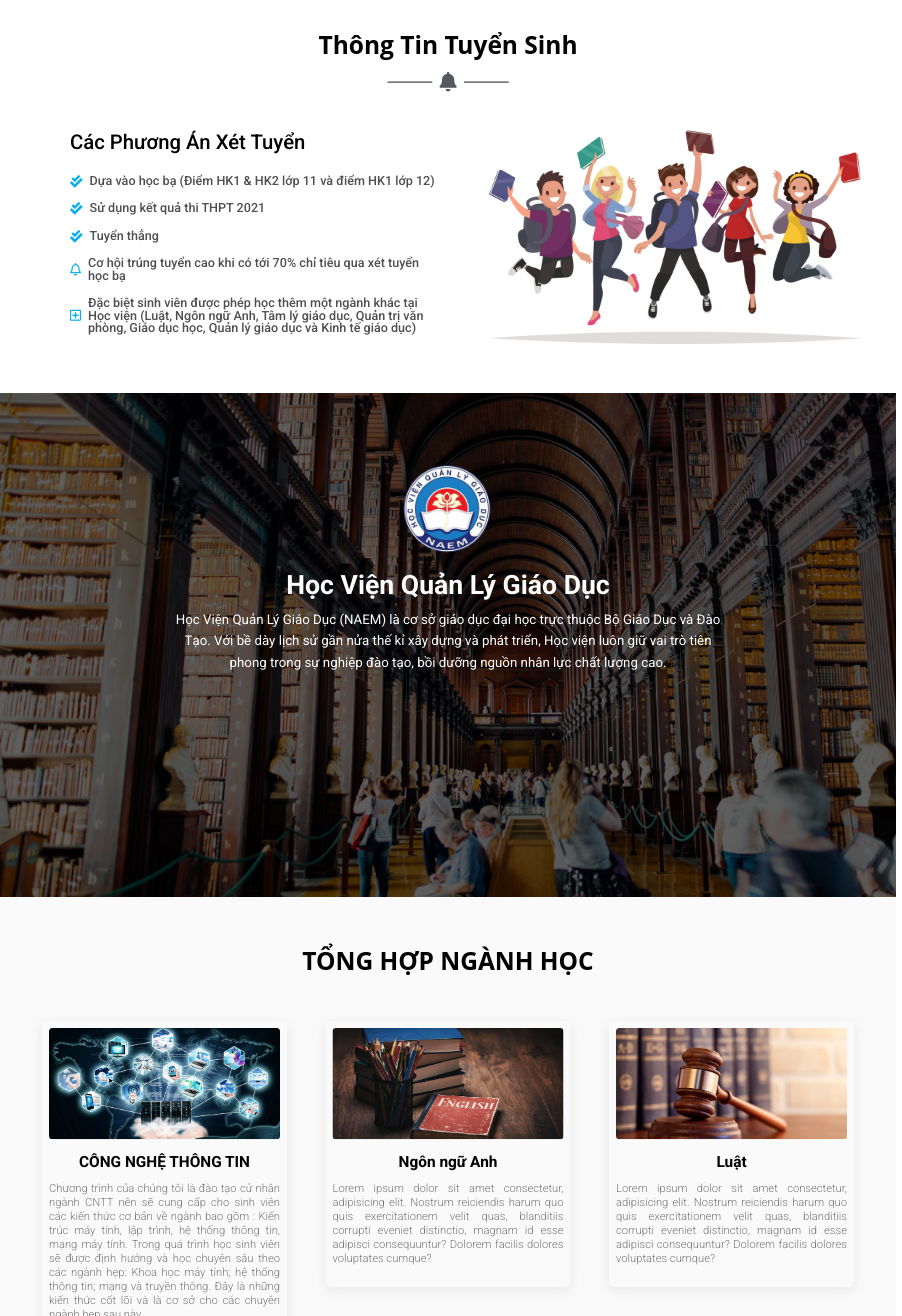
Repository: hongphuck1/trangweb1
Page: index.html
The author's editor kept a copy of each file at every save. The page is drawn from the files as they stood at one save, then again after the next save.
The browser window is 1280 px wide. The page is 1288 px wide, so the pictures cover 1288 px, including what lies to the right of the window. The pictures show the part of the page from y = 698 to 2578 px (the page is 4941 px tall), at 70% of full size.

Above is the page before, as saved 2021-09-07 10:33:05.

### index.html
<!DOCTYPE html>
<html lang="en">

<head>
  <meta charset="UTF-8" />
  <meta name="viewport" content="width=device-width, initial-scale=1, shrink-to-fit=no" />
  <meta http-equiv="x-ua-compatible" content="ie=edge" />
  <title>Material Design for Bootstrap</title>
  <!-- MDB icon -->
  <link rel="icon" href="img/SSS1.png" type="image/x-icon" />
  <!-- Font Awesome -->
  <link rel="stylesheet" href="https://use.fontawesome.com/releases/v5.15.2/css/all.css" />
  <!-- Google Fonts Roboto -->
  <link rel="stylesheet" href="https://fonts.googleapis.com/css2?family=Roboto:wght@300;400;500;700;900&display=swap" />
  <!-- MDB -->
  <link rel="stylesheet" href="css/style.css" />
  <link rel="stylesheet" href="css/base.css" />
  <link rel="stylesheet" href="css/grid.css" />
  <link rel="stylesheet" href="css/mdb.min.css" />
</head>

<body>
  <!-- Start your project here-->
  <div class="main">
    <!--Main Navigation-->
    <header>


      <!-- Navbar -->
      <nav class="navbar--opacity navbar navbar-expand-lg navbar-light fixed-top mask-custom shadow-0">
        <div class="container">

          <a class="navbar-brand nav-link" target="_blank" href="https://mdbootstrap.com/docs/standard/">
            <strong style="font-size: 2.2rem;">MRC</strong>
          </a>
          <button class="navbar-toggler navbar-toggler--opacity" type="button" data-mdb-toggle="collapse"
            data-mdb-target="#navbarSupportedContent" aria-controls="navbarSupportedContent" aria-expanded="false"
            aria-label="Toggle navigation">
            <i style="color: #ccc" class="fas fa-bars"></i>
          </button>
          <div class="collapse navbar-collapse" id="navbarSupportedContent">
            <ul class="navbar-nav me-auto mb-2 mb-lg-0">
              <li class="nav-item active">
                <a class="nav-link" aria-current="page" href="#intro">Giới thiệu</a>
              </li>
              <li class="nav-item">
                <a class="nav-link" href="https://www.facebook.com/MRC.NAEM" rel="nofollow" target="_blank">Hỏi đáp</a>
              </li>
              <li class="nav-item">
                <a class="nav-link" href="https://www.facebook.com/MRC.NAEM" target="_blank">Bài viết</a>
              </li>
              <li class="nav-item">
                <a class="nav-link" href="https://www.facebook.com/messages/t/101815085369835" target="_blank">Liên
                  hệ</a>
              </li>
            </ul>
            <ul class="navbar-nav list-inline">
              <!-- Icons -->
              <li class="">
                <a class="nav-link" href="https://www.youtube.com/channel/UCjl0s7v8m8V4IzuAS1fH-iA" rel="nofollow"
                  target="_blank">
                  <i class="fab fa-youtube"></i>
                </a>
              </li>
              <li class="">
                <a class="nav-link" href="https://www.facebook.com/MRC.NAEM" rel="nofollow" target="_blank">
                  <i class="fab fa-facebook-f"></i>
                </a>
              </li>
              <li class="nav-item">
                <a class="nav-link" href="https://www.tiktok.com/@mrcnaem" rel="nofollow" target="_blank">
                  <i class="fab fa-tiktok"></i>
                </a>
              </li>
              <li class="nav-item">
                <a class="nav-link" href="tel: 0349167687" rel="nofollow" target="_blank">
                  <i class="fas fa-envelope"></i>
                </a>
              </li>
            </ul>
          </div>
        </div>
      </nav>

      <!-- Carousel wrapper -->
      <div id="introCarousel" class="carousel slide carousel-fade shadow-2-strong" data-mdb-ride="carousel">
        <!-- Indicators -->
        <ol class="carousel-indicators">
          <li data-mdb-target="#introCarousel" data-mdb-slide-to="0" class="active"></li>
          <li data-mdb-target="#introCarousel" data-mdb-slide-to="1"></li>
          <li data-mdb-target="#introCarousel" data-mdb-slide-to="2"></li>
        </ol>

        <!-- Inner -->
        <div class="carousel-inner">
          <!-- Single item -->
          <div class="carousel-item active">
            <div class="mask" style="background-color: rgba(0, 0, 0, 0.6);">
              <div class="d-flex justify-content-center align-items-center h-100">
                <div class="text-white text-center">
                  <h1 style="font-size: 2.4rem;" class="mb-3">CLB TUYỂN SINH VÀ TRUYỀN THÔNG - MRC NAEM</h1>
                  <h5 style="font-size: 1.2rem;" class="mb-4">Hỗ trợ tư vấn - hướng nghiệp, trả lời những thắc mắc cho
                    học sinh và phụ huynh.</h5>

                  <a style="font-size: 1.8rem; " class="btn-DANGKI btn btn-outline-light btn-lg m-2"
                    href="https://www.facebook.com/MRC.NAEM" target="_blank" role="button">Đăng kí ngay</a>
                </div>
              </div>
            </div>
          </div>

          <!-- Single item -->
          <div class="carousel-item">
            <div class="mask" style="background-color: rgba(0, 0, 0, 0.3);">
              <div class="d-flex justify-content-center align-items-center h-100">
                <div class="text-white text-center">
                  <h1 style="font-size: 2.4rem;" class="mb-3">CLB TUYỂN SINH VÀ TRUYỀN THÔNG - MRC NAEM</h1>
                  <h5 style="font-size: 1.2rem;" class="mb-4">Hỗ trợ tư vấn - hướng nghiệp, trả lời những thắc mắc cho
                    học sinh và phụ huynh.</h5>

                  <a style="font-size: 1.8rem; " class="btn-DANGKI btn btn-outline-light btn-lg m-2"
                    href="https://www.facebook.com/MRC.NAEM" target="_blank" role="button">Đăng kí ngay</a>
                </div>
              </div>
            </div>
          </div>

          <!-- Single item -->
          <div class="carousel-item">
            <div class="mask" style="
                background: linear-gradient(
                  45deg,
                  rgba(29, 236, 197, 0.7),
                  rgba(91, 14, 214, 0.7) 100%
                );
              ">
              <div class="d-flex justify-content-center align-items-center h-100">
                <div class="text-white text-center">
                  <h1 style="font-size: 2.4rem;" class="mb-3">CLB TUYỂN SINH VÀ TRUYỀN THÔNG - MRC NAEM</h1>
                  <h5 style="font-size: 1.2rem;" class="mb-4">Hỗ trợ tư vấn - hướng nghiệp, trả lời những thắc mắc cho
                    học sinh và phụ huynh.</h5>

                  <a style="font-size: 1.8rem; " class="btn-DANGKI btn btn-outline-light btn-lg m-2"
                    href="https://www.facebook.com/MRC.NAEM" target="_blank" role="button">Đăng kí ngay</a>
                </div>
              </div>
            </div>
          </div>
        </div>
        <!-- Inner -->

        <!-- Controls -->
        <a class="carousel-control-prev" href="#introCarousel" role="button" data-mdb-slide="prev">
          <span class="carousel-control-prev-icon" aria-hidden="true"></span>
          <span class="sr-only">Previous</span>
        </a>
        <a class="carousel-control-next" href="#introCarousel" role="button" data-mdb-slide="next">
          <span class="carousel-control-next-icon" aria-hidden="true"></span>
          <span class="sr-only">Next</span>
        </a>
      </div>
      <!-- Carousel wrapper -->
    </header>


    <section>
      <div class="container-body">
        <div class="container-body-name">
          <h1>Thông Tin Tuyển Sinh</h1>
          <div class="container-body-name__icon">
            <i class="fas fa-bell"></i>
          </div>
        </div>

        <div class="row">
          <div class="col l-6">
            <div class="container-body-content">
              <h2 class="container-body-content__name">Các Phương Án Xét Tuyển</h2>
              <div class="container-body-content-attention">
                <i class="fas fa-check-double"></i>
                <h4>Dựa vào học bạ (Điểm HK1 & HK2 lớp 11 và điểm HK1 lớp 12)</h4>
              </div>
              <div class="container-body-content-attention">
                <i class="fas fa-check-double"></i>
                <h4>Sử dụng kết quả thi THPT 2021</h4>
              </div>
              <div class="container-body-content-attention">
                <i class="fas fa-check-double"></i>

                <h4>Tuyển thẳng</h4>
              </div>
              <div class="container-body-content-attention">
                <i class="far fa-bell"></i>
                <h4>Cơ hội trúng tuyển cao khi có tới 70% chỉ tiêu qua xét tuyển học bạ</h4>
              </div>
              <div class="container-body-content-attention">
                <i class="far fa-plus-square"></i>
                <h4>Đặc biệt sinh viên được phép học thêm một ngành khác tại Học viện (Luật, Ngôn ngữ Anh, Tâm lý giáo
                  dục, Quản trị văn phòng, Giáo dục học, Quản lý giáo dục và Kinh tế giáo dục)</h4>
              </div>
            </div>
          </div>
          <div class="col l-6">
            <div class="container-body-img">
              <img src="img/klipartz.com_-1024x586.png" alt="">
            </div>
          </div>
        </div>


      </div>

      <div class="container-body-review">
        <div class="grid wide">
          <div class="row">
            <div class="col l-12">
              <img src="img/1-1.png" alt="">
              <div class="container-body-review__name">
                Học Viện Quản Lý Giáo Dục
              </div>
              <div class="container-body-review__title">
                Học Viện Quản Lý Giáo Dục (NAEM) là cơ sở giáo dục đại học trực thuộc Bộ Giáo Dục và Đào Tạo. Với bề dày
                lịch sử gần nửa thế kỉ xây dựng và phát triển, Học viện luôn giữ vai trò tiên phong trong sự nghiệp đào
                tạo, bồi dưỡng nguồn nhân lực chất lượng cao.
              </div>
            </div>
          </div>
        </div>
      </div>

      <div class="container-body-subjects">
        <h1>TỔNG HỢP NGÀNH HỌC</h1>

        <div class="grid wide">
          <div class="row">
            <div class="col l-4">
              <div class="container-body-subject">
                <img src="img/congnghethongtin.png" alt="">
                <h2>CÔNG NGHỆ THÔNG TIN</h2>
                <h4>Chương trình của chúng tôi  là đào tạo cử nhân ngành CNTT nên sẽ cung cấp cho sinh viên các kiến thức cơ bản về ngành bao gồm : Kiến trúc máy tính, lập trình, hệ thống thông tin, mạng máy tính. Trong quá trình học sinh viên sẽ được định hướng và học chuyên sâu theo các ngành hẹp: Khoa học máy tính; hệ thống thông tin; mạng và truyền thông.
                  Đây là những kiến thức cốt lõi và là cơ sở cho các chuyên ngành hẹp sau này.</h4>
              </div>
            </div>
            <div class="col l-4">
              <div class="container-body-subject">
                <img src="img/ngonguanh.png" alt="">
                <h2>Ngôn ngữ Anh</h2>
                <h4>Lorem ipsum dolor sit amet consectetur, adipisicing elit. Nostrum reiciendis harum quo quis
                  exercitationem velit quas, blanditiis corrupti eveniet distinctio, magnam id esse adipisci
                  consequuntur? Dolorem facilis dolores voluptates cumque?</h4>
              </div>
            </div>
            <div class="col l-4">
              <div class="container-body-subject">
                <img src="img/luat.png" alt="">
                <h2>Luật</h2>
                <h4>Lorem ipsum dolor sit amet consectetur, adipisicing elit. Nostrum reiciendis harum quo quis
                  exercitationem velit quas, blanditiis corrupti eveniet distinctio, magnam id esse adipisci
                  consequuntur? Dolorem facilis dolores voluptates cumque?</h4>
              </div>
            </div>

          </div>
          <div class="row">
            <div class="col l-4">
              <div class="container-body-subject">
                <img src="img/quantrivanphong.png" alt="">
                <h2>Quản trị văn phòng</h2>
                <h4>Lorem ipsum dolor sit amet consectetur, adipisicing elit. Nostrum reiciendis harum quo quis
                  exercitationem velit quas, blanditiis corrupti eveniet distinctio, magnam id esse adipisci
                  consequuntur? Dolorem facilis dolores voluptates cumque?</h4>
              </div>
            </div>
            <div class="col l-4">
              <div class="container-body-subject">
                <img src="img/kinhtegiaoduc.png" alt="">
                <h2>Kinh tế giáo dục</h2>
                <h4>Lorem ipsum dolor sit amet consectetur, adipisicing elit. Nostrum reiciendis harum quo quis
                  exercitationem velit quas, blanditiis corrupti eveniet distinctio, magnam id esse adipisci
                  consequuntur? Dolorem facilis dolores voluptates cumque?</h4>
              </div>
            </div>
            <div class="col l-4">
              <div class="container-body-subject">
                <img src="img/quanlygiaoduc.png" alt="">
                <h2>
                  Quản lý giáo dục</h2>
                <h4>Lorem ipsum dolor sit amet consectetur, adipisicing elit. Nostrum reiciendis harum quo quis
                  exercitationem velit quas, blanditiis corrupti eveniet distinctio, magnam id esse adipisci
                  consequuntur? Dolorem facilis dolores voluptates cumque?</h4>
              </div>
            </div>

          </div>
          <div class="row">
            <div class="col l-4">
              <div class="container-body-subject">
                <img src="img/tamlyhocgiaoduc.png" alt="">
                <h2>Tâm lý học giáo dục</h2>
                <h4>Lorem ipsum dolor sit amet consectetur, adipisicing elit. Nostrum reiciendis harum quo quis
                  exercitationem velit quas, blanditiis corrupti eveniet distinctio, magnam id esse adipisci
                  consequuntur? Dolorem facilis dolores voluptates cumque?</h4>
              </div>
            </div>
            <div class="col l-4">
              <div class="container-body-subject">
                <img src="img/giaoduchoc.png" alt="">
                <h2>Giáo dục học</h2>
                <h4>Lorem ipsum dolor sit amet consectetur, adipisicing elit. Nostrum reiciendis harum quo quis
                  exercitationem velit quas, blanditiis corrupti eveniet distinctio, magnam id esse adipisci
                  consequuntur? Dolorem facilis dolores voluptates cumque?</h4>
              </div>
            </div>
            <div class="col l-4">
              <div class="container-body-subject">
                <img src="img/kinhte.png" alt="">
                <h2>Kinh tế</h2>
                <h4>Lorem ipsum dolor sit amet consectetur, adipisicing elit. Nostrum reiciendis harum quo quis
                  exercitationem velit quas, blanditiis corrupti eveniet distinctio, magnam id esse adipisci
                  consequuntur? Dolorem facilis dolores voluptates cumque?</h4>
              </div>
            </div>

          </div>
        </div>

    </section>

  </div>
  <!--Main Navigation-->
  <!-- End your project here-->

  <!-- MDB -->
  <script type="text/javascript" src="js/mdb.min.js"></script>
  <!-- Custom scripts -->
  <script type="text/javascript"></script>
</body>

</html>

### css/style.css

.main {

    height: 1000px;
}

/* Carousel styling */
#introCarousel,
.carousel-inner,
.carousel-item,
.carousel-item.active {
  height: 100vh;
}

.carousel-item:nth-child(1) {
  background-image: url('https://mdbootstrap.com/img/Photos/Others/images/76.jpg');
  background-repeat: no-repeat;
  background-size: cover;
  background-position: center center;
}

.carousel-item:nth-child(2) {
  background-image: url('https://mdbootstrap.com/img/Photos/Others/images/77.jpg');
  background-repeat: no-repeat;
  background-size: cover;
  background-position: center center;
}

.carousel-item:nth-child(3) {
  background-image: url('https://mdbootstrap.com/img/Photos/Others/images/78.jpg');
  background-repeat: no-repeat;
  background-size: cover;
  background-position: center center;
}

/* Height for devices larger than 576px */
@media (min-width: 992px) {
  #introCarousel {
    margin-top: -58.59px;
  }
}

.navbar .nav-link {
  color: #fff !important;
}



/* trèn đè css boottraps */

.nav-link {
  /* padding: 1.2rem 1rem !important; */
  font-size: 1.6rem;
  padding-right: 20px !important;
}

.nav-link:hover {
  /* padding: 1.2rem 1rem !important; */
  color: yellow !important;
  transition: color 0.5s ;
}


.btn-DANGKI:hover {
  color: yellow !important;
  border: 1px solid yellow !important;
  transition: 0.5s ;
}

.navbar-dark .navbar-toggler, .navbar-light .navbar-toggler {
  display: block;
}

.navbar--opacity {
  background-color: rgba(1,1,1,0.2);
}


@media only screen and (max-width: 600px) {
 .text-center h1 {
    font-size: 2.7rem !important;
    padding: 20px 0;
  }
  .carousel-control-next, .carousel-control-prev{
    display: none !important;
  }
  .text-center h5{
    padding: 0 20px;
    line-height: 1.9rem !important;
    font-size: 1.4rem !important;
  }
}


@import url('https://fonts.googleapis.com/css2?family=Poppins:wght@300;400;600;700&display=swap');
  :root {
    --primary: #08aeea;
    --secondary: #13D2B8;
    --purple: #bd93f9;
    --pink: #ff6bcb;
    --blue: #8be9fd;
    --gray: #333;
    --font: "Poppins", sans-serif;
    --gradient: linear-gradient(40deg, #ff6ec4, #7873f5);
    --shadow: 0 0 15px 0 rgba(0,0,0,0.05);
  }
  *,
  *:before,
  *:after {
    box-sizing: border-box;
  }
  html {
    font-size: 62.5%;
  }

  body {
    font-family: var(--font);
    font-size: 1.4rem;
    overflow-x: hidden;
    font-weight: 300;
  }

  img {
    display: block;
    max-width: 100%;
  }

  a {
    text-decoration: none;
  }

  input,
  button,
  textarea,
  select {
    font-family: var(--font);
    font-size: 1.4rem;
    font-weight: 300;
    outline: none;
    border: 0;
    margin: 0;
    padding: 0;
    border-radius: 0;
    -webkit-appearance: none;
  }

  button {
    cursor: pointer;
  }

          .simple-card {
            background-color: white;
            border-radius: 2rem;
            padding: 1.5rem;
            box-shadow: var(--shadow);
          }
          .simple-card-image {
            position: relative;
            height: 0;
            padding-bottom: 56.25%;
          }
          .simple-card-image > img {
            position: absolute;
            top: 0;
            left: 0;
            width: 100%;
            height: 100%;
            object-fit: cover;
            border-radius: 1rem;
          }
          .simple-card-content {
            padding: 3rem 1rem;
          }
          .simple-card-title {
            font-weight: 500;
            font-size: 2rem;
            line-height: 1.6;
            margin-bottom: 1.5rem;
            color: #2b2b2b;
          }
          .simple-card-desc {
            color: #c7cbdc;
            font-weight: 300;
            line-height: 1.6;
            font-size: 1.4rem;
            margin-bottom: 3rem;
          }
          .simple-card-line {
            width: 30%;
            height: 2px;
            margin-left: auto;
            background-color: var(--primary);
          }

          .container-body{
            padding-top: 40px;
            padding-bottom: 70px;
          }
          .container-body-name{
            text-align: center;
            padding: 40px 0 ;
          }
          .container-body-name h1{
            color: #000000;
            font-family: "Open Sans", Sans-serif;
            font-size: 35px;
            font-weight: 700;
            text-transform: capitalize;
            position: relative;
          }
          .container-body-name__icon{
            position: relative;
            padding: 14px 0;
          }
          .container-body-name__icon::before {
            content: "";
            display: block;
            position: absolute;
            width: 5%;
            border: 1px solid rgba(1,1,1,0.75);
            left: 50%;
            transform: translateX(-135%);
            bottom: 50%;
          }

          .container-body-name__icon::after {
            content: "";
            display: block;
            position: absolute;
            width: 5%;
            border: 1px solid rgba(1,1,1,0.75);
            left: 50%;
            transform: translateX(36%);
            bottom: 50%;
          }

          .container-body-name__icon i {
            font-size: 2.8rem;
            /* background-color: red; */
            color: #54595F;

          }
          .container-body-content{
           padding-left: 100px;
          }
          .container-body-content__name{
           font-size: 2.9rem;
           color: #000000;
           padding-bottom: 15px;
          }
          .container-body-content-attention{
          display: flex;
          align-items: center;
          padding: 8px 0;
          }
          .container-body-content-attention i{
            transform: translateY(-15%);
            padding-right: 10px;
            font-size: 1.8rem;
            color: var(--primary);
          }
          .container-body-content-attention h4{
            font-size: 1.8rem;
            line-height: 1.8rem;
          }

          .container-body-img{
          padding: 0 50px ;
          }

.container-body-review {
  background-image: url(../img/Thiết\ kế\ không\ tên.png);
  background-repeat: no-repeat;
  background-size: cover;
  height: 100vh;
}

.container-body-review img {
  width: 150px;
  margin: auto;
  padding-top: 90px;
}


.container-body-review__name, .container-body-review__title {
  text-align: center;
  color: white;
padding-top: 20px;
}

.container-body-review__name {
  font-size: 3.8rem;
  padding: 4px 0;
  font-weight: 600;
}

.container-body-review__title {
  font-size: 1.9rem;
  padding: 0 200px;
}



/* TỔNG HỢP NGÀNH HỌC */

.container-body-subjects{
  padding: 70px 0;
  background-color: #fafafa;
}

.container-body-subjects h1 {
  text-align: center;
  padding-bottom: 40px;
  color: rgb(0, 0, 0);
    font-family: "Open Sans", sans-serif;
    font-size: 35px;
    font-weight: 700;
    text-transform: capitalize;
}

.container-body-subject {
  /* background-color: #c2c9dd; */
  text-align: center;
  color: #000000;
  margin: 20px;
  box-shadow: rgb(215 215 215 / 50%) 0px 4px 16px;
  border-radius: 8px;
  cursor: pointer;
}

.container-body-subject img {
  width: 100%;
  padding: 10px;
  border-radius: 15px;

}

.container-body-subject h2{
  padding: 10px 0;
  font-weight: 600;
  font-size: 2.2rem;
}

.container-body-subject h4{
  padding:  0 10px 30px;
  line-height: 2.0rem;
  text-align: justify;
  font-weight: 300;
  font-size: 1.6rem;
  color: #777;

}

Loaded but not shown: css/mdb.min.css (library); js/mdb.min.js (library); css/grid.css (590 lines, source omitted); css/base.css (40 lines, source omitted)

After the next save:
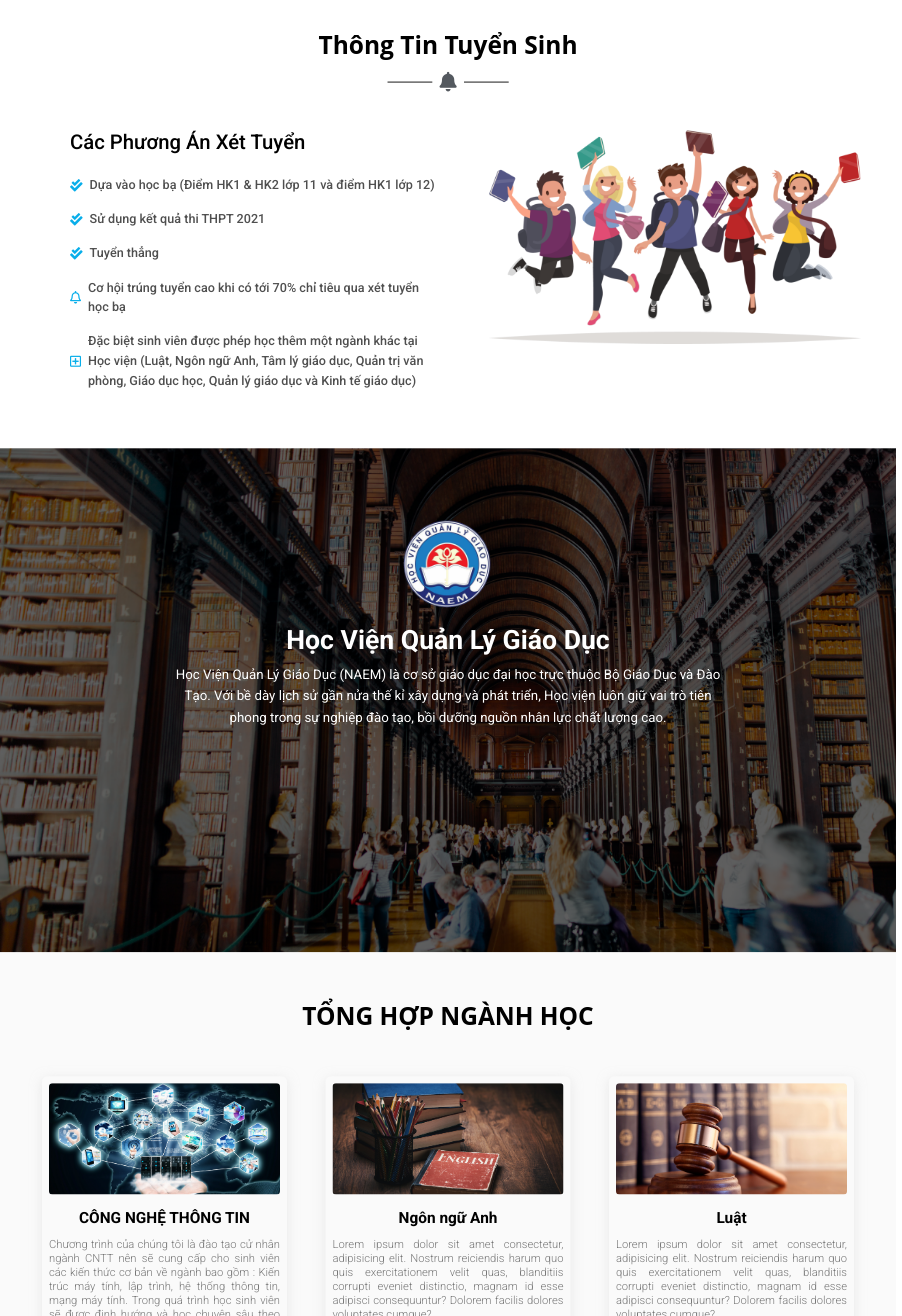
Saved 4 s later.
--- a/css/style.css
+++ b/css/style.css
@@ -261,7 +261,7 @@
           }
           .container-body-content-attention h4{
             font-size: 1.8rem;
-            line-height: 1.8rem;
+            line-height: 2.8rem;
           }
 
           .container-body-img{
